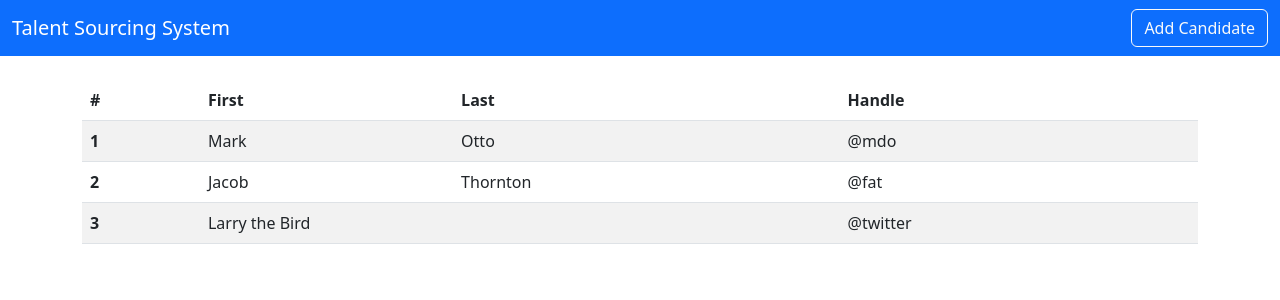
Repository: mfd10/talent-sourcing-system-frontend
Page: /
These files come from the project's save history. The page is drawn as it stood at one moment and after the next save; the edit follows.
The browser window is 1280 px wide. The pictures show the whole page.
The project was rebuilt for these pictures with package versions that can differ from the ones it lists, and the page was loaded fresh each time.

Above is the page before, as saved 2022-11-10 23:45:30.

### src/App.js
import "../node_modules/bootstrap/dist/css/bootstrap.min.css"
import Navbar from './layout/Navbar';
import Home from "./pages/Home";

function App() {
  return (
    <div className="App">

      <Navbar></Navbar>
      <Home/>
    </div>
  );
}

export default App;

### src/layout/Navbar.js
import React from "react";

export default function Navbar() {
  return (
    <div>
      <nav className="navbar navbar-expand-lg navbar-dark bg-primary">
        <div className="container-fluid">
          <a href="/#" className="navbar-brand" >
            Talent Sourcing System
          </a>
          <button
            className="navbar-toggler"
            type="button"
            data-bs-toggle="collapse"
            data-bs-target="#navbarSupportedContent"
            aria-controls="navbarSupportedContent"
            aria-expanded="false"
            aria-label="Toggle navigation"
          >
            <span className="navbar-toggler-icon"></span>
          </button>
          <button className="btn btn-outline-light">Add Candidate
          </button>
        </div>
      </nav>
    </div>
  );
}

### src/pages/Home.js
import React from "react";

export default function Home() {
  return (
    <div className="container">
      <div className="py-4">
        <table class="table table-striped">
          <thead>
            <tr>
              <th scope="col">#</th>
              <th scope="col">First</th>
              <th scope="col">Last</th>
              <th scope="col">Handle</th>
            </tr>
          </thead>
          <tbody>
            <tr>
              <th scope="row">1</th>
              <td>Mark</td>
              <td>Otto</td>
              <td>@mdo</td>
            </tr>
            <tr>
              <th scope="row">2</th>
              <td>Jacob</td>
              <td>Thornton</td>
              <td>@fat</td>
            </tr>
            <tr>
              <th scope="row">3</th>
              <td colspan="2">Larry the Bird</td>
              <td>@twitter</td>
            </tr>
          </tbody>
        </table>
      </div>
    </div>
  );
}

Loaded but not shown: public/index.html (common file); src/index.js (common file); src/reportWebVitals.js (common file)

After the next save:
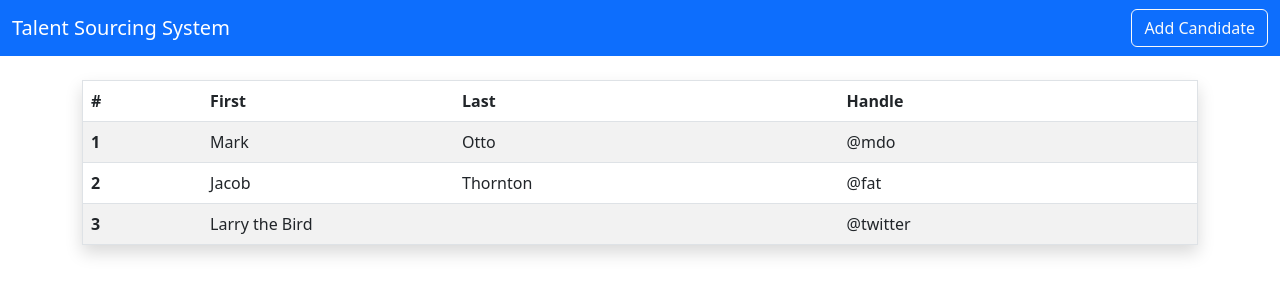
Saved 52 s later.
--- a/src/pages/Home.js
+++ b/src/pages/Home.js
@@ -4,7 +4,7 @@
   return (
     <div className="container">
       <div className="py-4">
-        <table class="table table-striped">
+        <table className="table table-striped border shadow">
           <thead>
             <tr>
               <th scope="col">#</th>

After the 2 saves that followed:
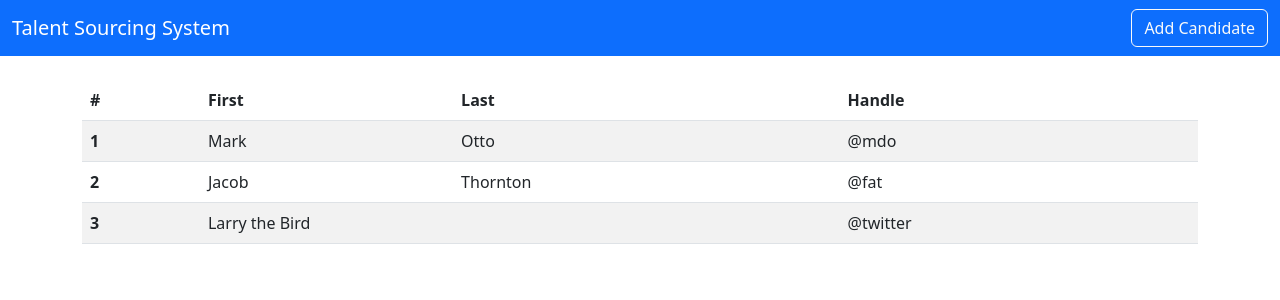
The 2 saves are shown as one change because 1 left the picture as it was.
The last was saved 32 s later.
--- a/src/pages/Home.js
+++ b/src/pages/Home.js
@@ -4,7 +4,7 @@
   return (
     <div className="container">
       <div className="py-4">
-        <table className="table table-striped border shadow">
+        <table className="table table-striped ">
           <thead>
             <tr>
               <th scope="col">#</th>
